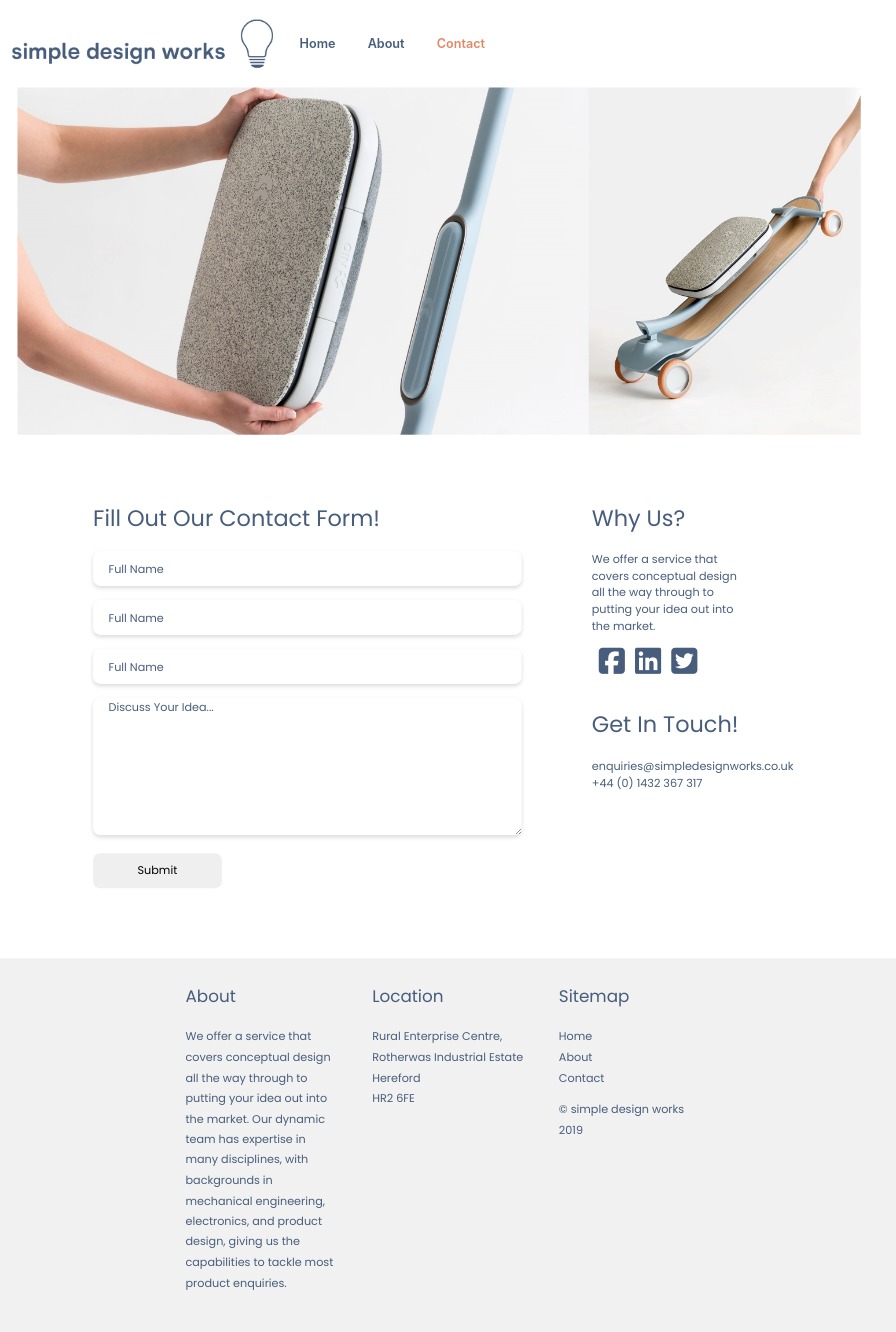
Repository: cobyfoster99/User-Centric-frontend-project
Page: contact.html
The author's editor kept a record of every edit. The page is drawn from the files as they stood at one moment, then again after the next edit.
The browser window is 1280 px wide. The pictures show the whole page, at 70% of full size.
Some web libraries are served in a nearby version.

Above is the page before.

After the next edit:
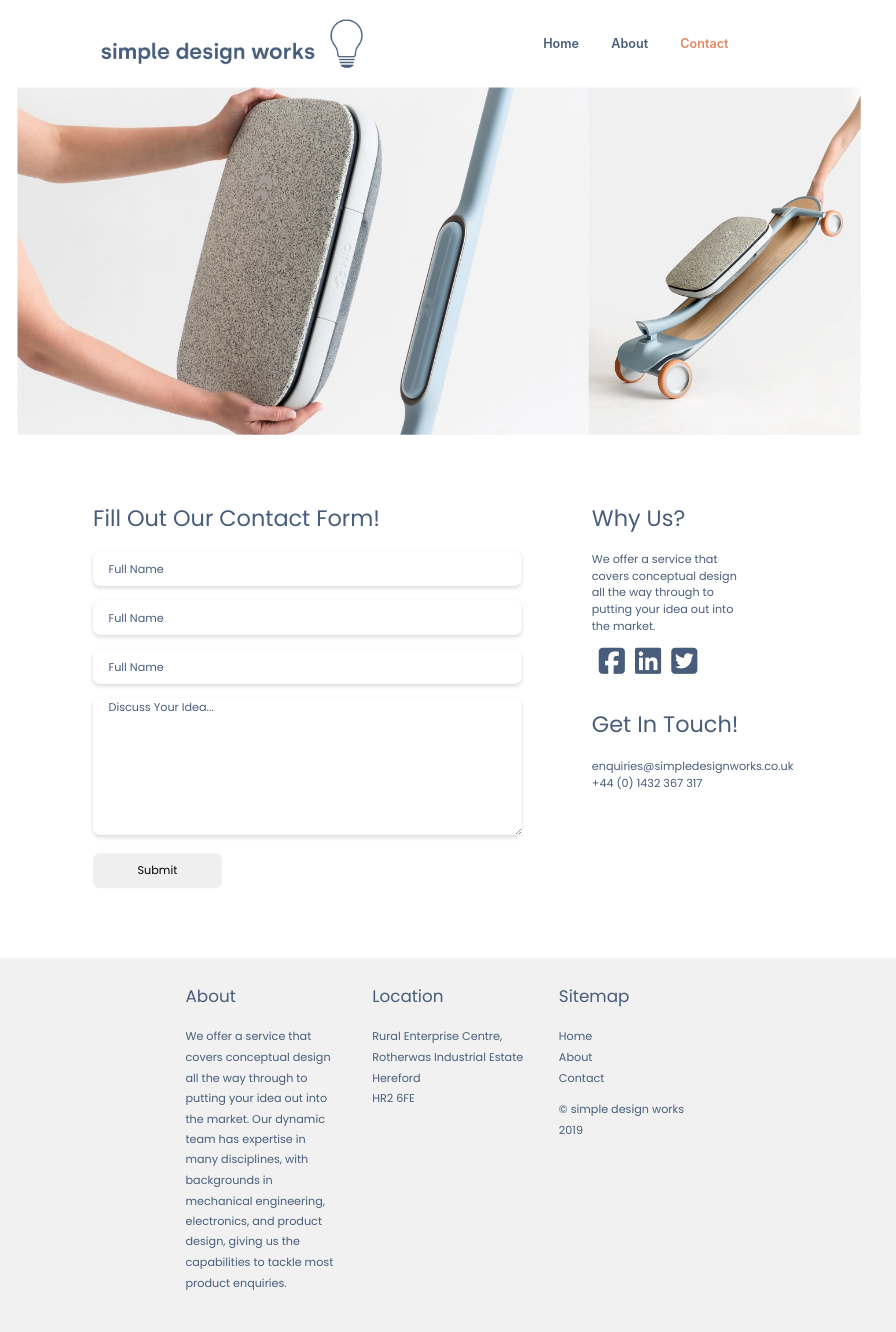
The edit:
--- a/assets/css/style.css
+++ b/assets/css/style.css
@@ -58,6 +58,22 @@
 
 .nav-active {
     color: #E18763;
+}
+
+
+@media only screen and (max-width: 1920px) and (min-width: 1220px) {
+    .nav-center {
+        margin-left: 220px;
+        margin-right: auto;
+    }
+}
+
+@media only screen and (max-width: 1920px) and (min-width: 1220px) {
+    nav {
+        width: 80%;
+        margin-left: auto;
+        margin-right: auto;
+    }
 }
 
 /* -------------------------------------------- Media Queries - Header */
